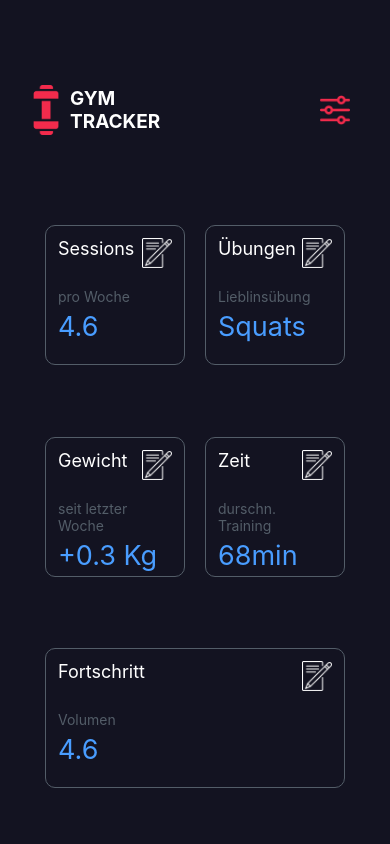
Repository: pascalgrim/GymTracker
Screen: /
These files come from the project's save history. The screen is drawn as it stood at one moment and after the next save; the edit follows.
The app was drawn by React Native's web renderer in a window 390 px wide. The project was rebuilt for these pictures with package versions that can differ from the ones it lists, and the page was loaded fresh each time.

Above is the screen before, as saved 2021-11-04 20:40:57.

After the next save:
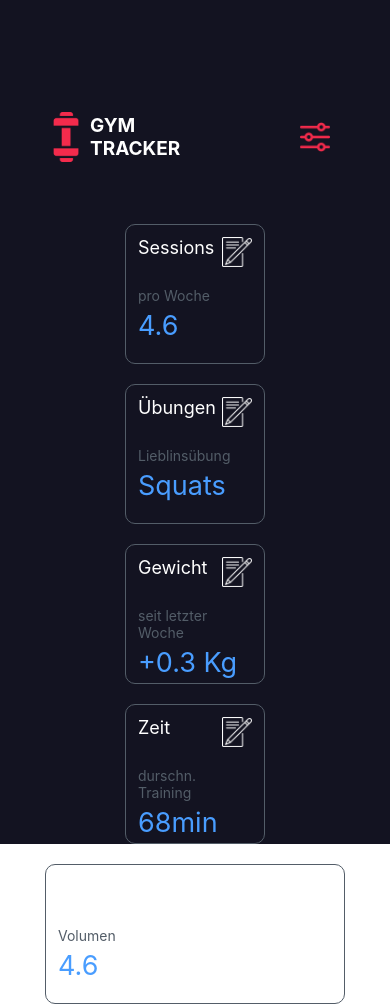
Saved 49 s later.
--- a/App.js
+++ b/App.js
@@ -17,62 +17,12 @@ import SettingsIcon from "./imgs/mainSettings.png";
 
 // ICONS FOR CARDS
 import IconSessions from "./imgs/schreibe-brief.png";
+import Dashboard from "./components/Dashboard";
 
 export default function App() {
   return (
     <View style={styles.container}>
-      <View style={styles.headerContainer}>
-        <View style={styles.headerLeft}>
-          <Image source={mainLogo} style={styles.mainLogo} />
-          <View style={styles.headerTextContainer}>
-            <Text style={styles.headerText}>GYM</Text>
-            <Text style={styles.headerText}>TRACKER</Text>
-          </View>
-        </View>
-        <View style={styles.headerRight}>
-          <TouchableOpacity>
-            <Image source={SettingsIcon} style={styles.settingsIcon}></Image>
-          </TouchableOpacity>
-        </View>
-      </View>
-      <View style={styles.cardsContainer}>
-        <MenuCard
-          title="Sessions"
-          logo={IconSessions}
-          offText="pro Woche"
-          mainText="4.6"
-          color="#499DFF"
-        />
-        <MenuCard
-          title="Übungen"
-          logo={IconSessions}
-          offText="Lieblinsübung"
-          mainText="Squats"
-          color="#499DFF"
-        />
-        <MenuCard
-          title="Gewicht"
-          logo={IconSessions}
-          offText="seit letzter Woche"
-          mainText="+0.3 Kg"
-          color="#499DFF"
-        />
-        <MenuCard
-          title="Zeit"
-          logo={IconSessions}
-          offText="durschn. Training"
-          mainText="68min"
-          color="#499DFF"
-        />
-        <MenuCard
-          title="Fortschritt"
-          logo={IconSessions}
-          offText="Volumen"
-          mainText="4.6"
-          color="#499DFF"
-          isBig={true}
-        />
-      </View>
+      <Dashboard/>
 
       <StatusBar style="auto" />
     </View>
